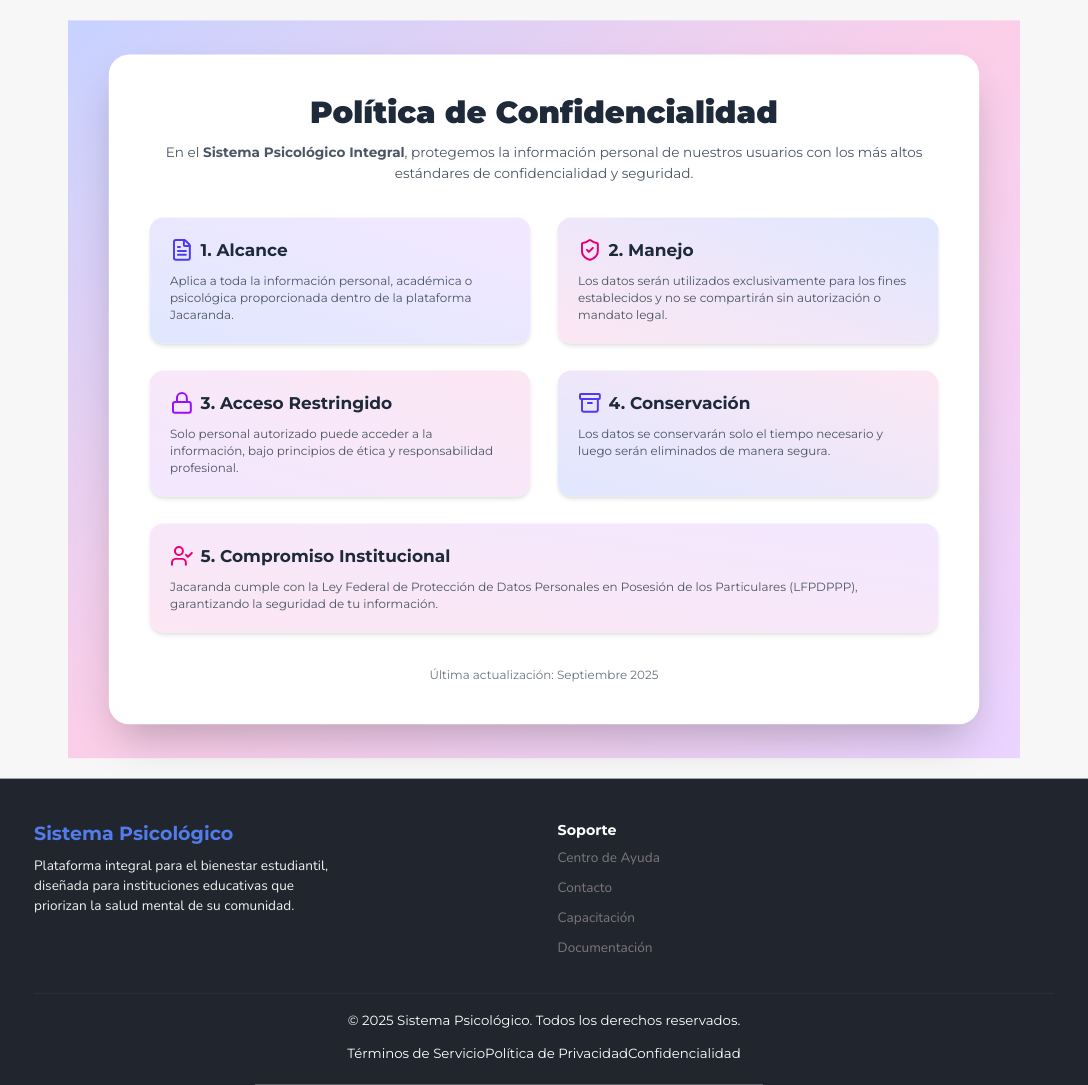
Repository: moon1710/SistemaPsico
Page: /confidencialidad (app in client/)
These files come from the project's save history. The page is drawn as it stood at one moment and after the next save; the edit follows.
The browser window is 1280 px wide. The pictures show the whole page, at 85% of full size.
The project was rebuilt for these pictures with package versions that can differ from the ones it lists, and the page was loaded fresh each time. Also part of the build but not shown: client/vite.config.js, client/src/components/onboarding/onboardingConfig.js, client/src/components/onboarding/TutorialSteps.jsx, client/src/components/onboarding/WelcomeForm.jsx, client/src/components/onboarding/OnboardingModal.jsx, client/src/components/layout/AdaptiveSidebar/sidebarConfig.jsx, client/src/components/layout/AdaptiveSidebar/MenuItem.jsx, client/src/components/layout/AdaptiveSidebar/SidebarHeader.jsx and 40 more.

Above is the page before, as saved 2025-09-22 15:32:39.

### client/index.html
<!doctype html>
<html lang="en">
  <head>
    <meta charset="UTF-8" />
    <link rel="icon" type="image/svg+xml" href="/idea.png" />
    <meta name="viewport" content="width=device-width, initial-scale=1.0" />
    <title>Sistema Psicológico</title>
  </head>
  <body>
    <div id="root"></div>
    <script type="module" src="/src/main.jsx"></script>
  </body>
</html>

### client/src/App.jsx
import React from "react";
import { Routes, Route } from "react-router-dom";
import { useAuth } from "./contexts/AuthContext";

// Importar el provider y componentes del onboarding
import { OnboardingProvider } from "./contexts/OnboardingContext";
import OnboardingModal from "./components/onboarding/OnboardingModal";

import Layout from "./components/layout/Layout";
import PublicLayout from "./components/layout/PublicLayout";

import ProtectedRoute, {
  PublicOnlyRoute,
  PsychologyStaffRoute,
} from "./components/auth/ProtectedRoute";

import LandingPage from "./pages/LandingPage";
import LoginPage from "./pages/LoginPage";
import DashboardPage from "./pages/DashboardPage";

//Paginas de Info
import AboutUsPage from "./pages/AboutUsPage";
import HelpPage from "./pages/HelpPage";
import DocsPage from "./pages/DocsPage";
import TerminosPage from "./pages/TerminosPage";
import PrivacidadPage from "./pages/PrivacidadPage";
import ConfidencialidadPage from "./pages/ConfidencialidadPage";

//QuizzesPages
import PublicQuizzesPage from "./pages/quizzes/PublicQuizzesPage";
import TakeQuizPage from "./pages/quizzes/TakeQuizPage";
import MyResultsPage from "./pages/quizzes/MyResultsPage";
import AdminResultsPage from "./pages/quizzes/AdminResultsPage";
import AnalyticsPage from "./pages/quizzes/AnalyticsPage";

//AppointmentPages
import BookAppointmentPage from "./pages/citas/BookAppointmentPage";
import AgendaPage from "./pages/citas/AgendaPage";
import AvailabilityPage from "./pages/citas/AvailabilityPage";
import AppointmentDetailPage from "./pages/citas/AppointmentDetailPage";
import AdminAppointmentsPage from "./pages/citas/AdminAppointmentsPage";

import { ROUTES } from "./utils/constants";
import "./App.css";

function App() {
  const { isLoading } = useAuth();

  if (isLoading) {
    return (
      <div className="min-h-screen flex items-center justify-center bg-gray-50">
        <div className="text-center">
          <div className="animate-spin rounded-full h-12 w-12 border-b-2 border-blue-600 mx-auto mb-4"></div>
          <p className="text-gray-600">Cargando aplicación...</p>
        </div>
      </div>
    );
  }

  return (
    <OnboardingProvider>
      {/* Modal de Onboarding - Se mostrará automáticamente cuando sea la primera vez */}
      <OnboardingModal />
      <Routes>
      {/* Públicas solo para NO autenticados */}
      <Route
        path="/"
        element={
          <PublicOnlyRoute>
            <LandingPage />
          </PublicOnlyRoute>
        }
      />
      <Route
        path={ROUTES.LOGIN}
        element={
          <PublicOnlyRoute>
            <LoginPage />
          </PublicOnlyRoute>
        }
      />

      {/* Públicas ABIERTAS */}
      <Route
        path={ROUTES.ABOUTUS}
        element={
          <PublicLayout>
            <AboutUsPage />
          </PublicLayout>
        }
      />
      <Route
        path={ROUTES.HELP}
        element={
          <PublicLayout>
            <HelpPage />
          </PublicLayout>
        }
      />
      <Route
        path={ROUTES.TERMINOS}
        element={
          <PublicLayout>
            <TerminosPage />
          </PublicLayout>
        }
      />
      <Route
        path={ROUTES.PRIVACIDAD}
        element={
          <PublicLayout>
            <PrivacidadPage />
          </PublicLayout>
        }
      />
      <Route
        path={ROUTES.DOCUMENTACION}
        element={
          <PublicLayout>
            <DocsPage />
          </PublicLayout>
        }
      />
      <Route
        path={ROUTES.CONFINDENCIALIDAD}
        element={
          <PublicLayout>
            <ConfidencialidadPage />
          </PublicLayout>
        }
      />
      {/* Alias opcional correcto */}
      <Route
        path={ROUTES.CONFIDENCIALIDAD_ALIAS}
        element={
          <PublicLayout>
            <ConfidencialidadPage />
          </PublicLayout>
        }
      />

      {/* Quizzes (protegidas) */}
      <Route
        path={ROUTES.QUIZ_CONTESTAR}
        element={
          <ProtectedRoute>
            <Layout>
              <PublicQuizzesPage />
            </Layout>
          </ProtectedRoute>
        }
      />
      <Route
        path={ROUTES.QUIZ_CONTESTAR_DETALLE}
        element={
          <ProtectedRoute>
            <Layout>
              <TakeQuizPage />
            </Layout>
          </ProtectedRoute>
        }
      />
      <Route
        path={ROUTES.MIS_RESULTADOS}
        element={
          <ProtectedRoute>
            <Layout>
              <MyResultsPage />
            </Layout>
          </ProtectedRoute>
        }
      />
      <Route
        path={ROUTES.QUIZ_RESULTADOS_ADMIN}
        element={
          <ProtectedRoute requiredRoles={['PSICOLOGO', 'ORIENTADOR', 'ADMIN_INSTITUCION', 'SUPER_ADMIN_INSTITUCION', 'SUPER_ADMIN_NACIONAL']}>
            <Layout>
              <AdminResultsPage />
            </Layout>
          </ProtectedRoute>
        }
      />
      <Route
        path={ROUTES.QUIZ_ANALYTICS_ADMIN}
        element={
          <ProtectedRoute requiredRoles={['PSICOLOGO', 'ORIENTADOR', 'ADMIN_INSTITUCION', 'SUPER_ADMIN_INSTITUCION', 'SUPER_ADMIN_NACIONAL']}>
            <Layout>
              <AnalyticsPage />
            </Layout>
          </ProtectedRoute>
        }
      />

      {/* Appointment Routes */}
      {/* Student - Book Appointment */}
      <Route
        path={ROUTES.AGENDAR_CITA}
        element={
          <ProtectedRoute requiredRoles={['ESTUDIANTE']}>
            <Layout>
              <BookAppointmentPage />
            </Layout>
          </ProtectedRoute>
        }
      />

      {/* Appointment Detail - Accessible by students and psychologists */}
      <Route
        path={ROUTES.CITA_DETALLE}
        element={
          <ProtectedRoute requiredRoles={['ESTUDIANTE', 'PSICOLOGO']}>
            <Layout>
              <AppointmentDetailPage />
            </Layout>
          </ProtectedRoute>
        }
      />

      {/* Psychologist - Agenda */}
      <Route
        path={ROUTES.AGENDA}
        element={
          <ProtectedRoute requiredRoles={['PSICOLOGO']}>
            <Layout>
              <AgendaPage />
            </Layout>
          </ProtectedRoute>
        }
      />

      {/* Psychologist - Availability Configuration */}
      <Route
        path={ROUTES.DISPONIBILIDAD}
        element={
          <ProtectedRoute requiredRoles={['PSICOLOGO']}>
            <Layout>
              <AvailabilityPage />
            </Layout>
          </ProtectedRoute>
        }
      />

      {/* Admin - Appointments Management */}
      <Route
        path={ROUTES.CITAS_ADMIN}
        element={
          <ProtectedRoute requiredRoles={['ADMIN_INSTITUCION', 'SUPER_ADMIN_INSTITUCION', 'SUPER_ADMIN_NACIONAL']}>
            <Layout>
              <AdminAppointmentsPage />
            </Layout>
          </ProtectedRoute>
        }
      />

      {/* Protegidas */}
      <Route
        path={ROUTES.DASHBOARD}
        element={
          <ProtectedRoute>
            <Layout>
              <DashboardPage />
            </Layout>
          </ProtectedRoute>
        }
      />
      </Routes>
    </OnboardingProvider>
  );
}

export default App;

### client/src/contexts/OnboardingContext.jsx
// client/src/contexts/OnboardingContext.jsx
import React, { createContext, useContext, useState, useEffect } from "react";
import { useAuth } from "./AuthContext";

const OnboardingContext = createContext();

export const useOnboarding = () => {
  const context = useContext(OnboardingContext);
  if (!context) {
    throw new Error("useOnboarding debe usarse dentro de OnboardingProvider");
  }
  return context;
};

export const OnboardingProvider = ({ children }) => {
  const { user, setUser } = useAuth();
  const [isFirstTime, setIsFirstTime] = useState(false);
  const [showOnboarding, setShowOnboarding] = useState(false);
  const [currentStep, setCurrentStep] = useState(0);
  const [onboardingCompleted, setOnboardingCompleted] = useState(false);

  // Clave para localStorage basada en el usuario
  const getStorageKey = () => {
    return user?.id ? `onboarding_completed_${user.id}` : null;
  };

  // Verificar si es primera vez del usuario
  useEffect(() => {
    if (user?.id) {
      // PRIORIDAD TOTAL al campo perfilCompletado de la BD
      const profileCompleted = user.perfilCompletado === 1 || user.perfilCompletado === true;

      console.log('🔍 [OnboardingContext] Verificando estado:', {
        userId: user.id,
        perfilCompletado: user.perfilCompletado,
        profileCompleted,
        shouldShowModal: !profileCompleted
      });

      if (!profileCompleted) {
        // Perfil NO completado -> mostrar modal
        setIsFirstTime(true);
        setShowOnboarding(true);
        setOnboardingCompleted(false);
        console.log('📝 [OnboardingContext] Mostrando modal de onboarding');
      } else {
        // Perfil completado -> no mostrar modal
        setIsFirstTime(false);
        setShowOnboarding(false);
        setOnboardingCompleted(true);
        console.log('✅ [OnboardingContext] Perfil ya completado, ocultando modal');
      }
    }
  }, [user?.id, user?.perfilCompletado]);

  // Refrescar datos del usuario desde el servidor
  const refreshUserProfile = async () => {
    try {
      const token = localStorage.getItem('auth_token');
      if (!token) return;

      const response = await fetch('/api/auth/profile', {
        method: 'GET',
        headers: {
          'Authorization': `Bearer ${token}`,
          'Content-Type': 'application/json',
        },
        credentials: 'include',
      });

      if (response.ok) {
        const result = await response.json();
        if (result.success && result.data?.user) {
          const freshUser = result.data.user;
          setUser(freshUser);
          console.log('🔄 [OnboardingContext] Usuario refrescado desde servidor:', freshUser);

          // También actualizar localStorage
          localStorage.setItem('user_data', JSON.stringify(freshUser));
          return freshUser;
        }
      }
    } catch (error) {
      console.error('❌ [OnboardingContext] Error refrescando usuario:', error);
    }
    return null;
  };

  // Marcar onboarding como completado
  const completeOnboarding = async () => {
    if (user?.id) {
      const storageKey = getStorageKey();
      localStorage.setItem(storageKey, "true");
      setOnboardingCompleted(true);
      setShowOnboarding(false);
      setIsFirstTime(false);

      // IMPORTANTE: Obtener datos frescos del servidor en lugar de solo actualizar localmente
      console.log('🔄 [OnboardingContext] Refrescando datos del usuario desde servidor...');
      const freshUser = await refreshUserProfile();

      if (freshUser) {
        console.log('✅ [OnboardingContext] Usuario actualizado con datos frescos');
      } else {
        // Fallback: actualizar localmente si falla la petición
        const updatedUser = {
          ...user,
          perfilCompletado: 1
        };
        setUser(updatedUser);
        console.log('⚠️ [OnboardingContext] Fallback: Usuario actualizado localmente');
      }
    }
  };

  // Reiniciar onboarding (para testing o reactivar)
  const resetOnboarding = () => {
    if (user?.id) {
      const storageKey = getStorageKey();
      localStorage.removeItem(storageKey);
      setOnboardingCompleted(false);
      setIsFirstTime(true);
      setShowOnboarding(true);
      setCurrentStep(0);
    }
  };

  // Navegar entre pasos
  const nextStep = () => {
    setCurrentStep((prev) => prev + 1);
  };

  const prevStep = () => {
    setCurrentStep((prev) => Math.max(0, prev - 1));
  };

  const goToStep = (step) => {
    setCurrentStep(step);
  };

  // Cerrar onboarding sin completar
  const closeOnboarding = () => {
    setShowOnboarding(false);
  };

  const value = {
    isFirstTime,
    showOnboarding,
    currentStep,
    onboardingCompleted,
    completeOnboarding,
    resetOnboarding,
    nextStep,
    prevStep,
    goToStep,
    closeOnboarding,
    user,
  };

  return (
    <OnboardingContext.Provider value={value}>
      {children}
    </OnboardingContext.Provider>
  );
};

### client/src/components/layout/PublicLayout.jsx
// components/layout/PublicLayout.jsx
import Footer from "./Footer";

export default function PublicLayout({ children }) {
  return (
    <div className="min-h-screen bg-[#f7f7f7] text-[#1d1d1f]">
      <main className="max-w-6xl mx-auto px-4 py-6">{children}</main>
      <Footer />
    </div>
  );
}

### client/src/pages/ConfidencialidadPage.jsx
// src/pages/ConfidencialidadPage.jsx
import { ShieldCheck, Lock, FileText, UserCheck, Archive } from "lucide-react";

export default function ConfidencialidadPage() {
  return (
    <div className="min-h-screen w-full bg-gradient-to-br from-indigo-200 via-pink-200 to-purple-200 p-10">
      <div className="max-w-5xl mx-auto bg-white shadow-2xl rounded-3xl p-12">
        <h1 className="text-4xl font-extrabold text-center text-gray-800 mb-4">
          Política de Confidencialidad
        </h1>
        <p className="text-center text-gray-600 mb-10">
          En el <strong>Sistema Psicológico Integral</strong>, protegemos la información personal de nuestros usuarios con los más altos estándares de confidencialidad y seguridad.
        </p>

        {/* Grid de secciones */}
        <div className="grid grid-cols-1 md:grid-cols-2 gap-8">
          {/* Alcance */}
          <div className="bg-gradient-to-tr from-indigo-100 to-purple-100 p-6 rounded-2xl shadow-md">
            <div className="flex items-center mb-3">
              <FileText className="text-indigo-600 w-7 h-7 mr-2" />
              <h2 className="text-xl font-semibold text-gray-800">1. Alcance</h2>
            </div>
            <p className="text-gray-600 text-sm">
              Aplica a toda la información personal, académica o psicológica proporcionada dentro de la plataforma Jacaranda.
            </p>
          </div>

          {/* Manejo */}
          <div className="bg-gradient-to-tr from-pink-100 to-indigo-100 p-6 rounded-2xl shadow-md">
            <div className="flex items-center mb-3">
              <ShieldCheck className="text-pink-600 w-7 h-7 mr-2" />
              <h2 className="text-xl font-semibold text-gray-800">2. Manejo</h2>
            </div>
            <p className="text-gray-600 text-sm">
              Los datos serán utilizados exclusivamente para los fines establecidos y no se compartirán sin autorización o mandato legal.
            </p>
          </div>

          {/* Acceso */}
          <div className="bg-gradient-to-tr from-purple-100 to-pink-100 p-6 rounded-2xl shadow-md">
            <div className="flex items-center mb-3">
              <Lock className="text-purple-600 w-7 h-7 mr-2" />
              <h2 className="text-xl font-semibold text-gray-800">3. Acceso Restringido</h2>
            </div>
            <p className="text-gray-600 text-sm">
              Solo personal autorizado puede acceder a la información, bajo principios de ética y responsabilidad profesional.
            </p>
          </div>

          {/* Conservación */}
          <div className="bg-gradient-to-tr from-indigo-100 to-pink-100 p-6 rounded-2xl shadow-md">
            <div className="flex items-center mb-3">
              <Archive className="text-indigo-600 w-7 h-7 mr-2" />
              <h2 className="text-xl font-semibold text-gray-800">4. Conservación</h2>
            </div>
            <p className="text-gray-600 text-sm">
              Los datos se conservarán solo el tiempo necesario y luego serán eliminados de manera segura.
            </p>
          </div>

          {/* Compromiso */}
          <div className="bg-gradient-to-tr from-pink-100 to-purple-100 p-6 rounded-2xl shadow-md md:col-span-2">
            <div className="flex items-center mb-3">
              <UserCheck className="text-pink-600 w-7 h-7 mr-2" />
              <h2 className="text-xl font-semibold text-gray-800">5. Compromiso Institucional</h2>
            </div>
            <p className="text-gray-600 text-sm">
              Jacaranda cumple con la Ley Federal de Protección de Datos Personales en Posesión de los Particulares (LFPDPPP), garantizando la seguridad de tu información.
            </p>
          </div>
        </div>

        {/* Footer */}
        <p className="text-gray-500 text-center text-sm mt-10">
          Última actualización: Septiembre 2025
        </p>
      </div>
    </div>
  );
}

### client/src/components/layout/Footer.jsx
import { Link } from "react-router-dom";
import { ROUTES } from "../../utils/constants";

export default function Footer() {
  return (
    <footer className="footer">
      <div className="footer-inner">
        <div className="footer-main">
          <div>
            <h3 className="footer-title">Sistema Psicológico</h3>
            <p className="footer-desc">
              Plataforma integral para el bienestar estudiantil, diseñada para
              instituciones educativas que priorizan la salud mental de su
              comunidad.
            </p>
          </div>

          <div>
            <h4
              className="footer-title"
              style={{ color: "#fff", fontWeight: 600, fontSize: "1.05rem" }}
            >
              Soporte
            </h4>
            <ul className="footer-links">
              <li>
                <Link to={ROUTES.HELP}>Centro de Ayuda</Link>
              </li>
              <li>
                <Link to={ROUTES.ABOUTUS}>Contacto</Link>
              </li>
              <li>
                <Link to={ROUTES.DOCUMENTACION}>Capacitación</Link>
              </li>
              <li>
                <Link to={ROUTES.DOCUMENTACION}>Documentación</Link>
              </li>
            </ul>
          </div>
        </div>

        <div className="footer-bottom">
          <p>
            © {new Date().getFullYear()} Sistema Psicológico. Todos los derechos
            reservados.
          </p>
          <div className="footer-bottom-links">
            <Link to={ROUTES.TERMINOS}>Términos de Servicio</Link>
            <Link to={ROUTES.PRIVACIDAD}>Política de Privacidad</Link>
            <Link to={ROUTES.CONFINDENCIALIDAD}>Confidencialidad</Link>
          </div>
        </div>
      </div>
    </footer>
  );
}

Loaded but not shown: client/src/main.jsx (common file); client/src/App.css (common file); client/src/utils/constants.js (213 lines, source omitted); client/src/services/authService.js (219 lines, source omitted); client/src/utils/roles.js (38 lines, source omitted); client/src/index.css (441 lines, source omitted); client/src/contexts/AuthContext.jsx (292 lines, source omitted)

After the next save:
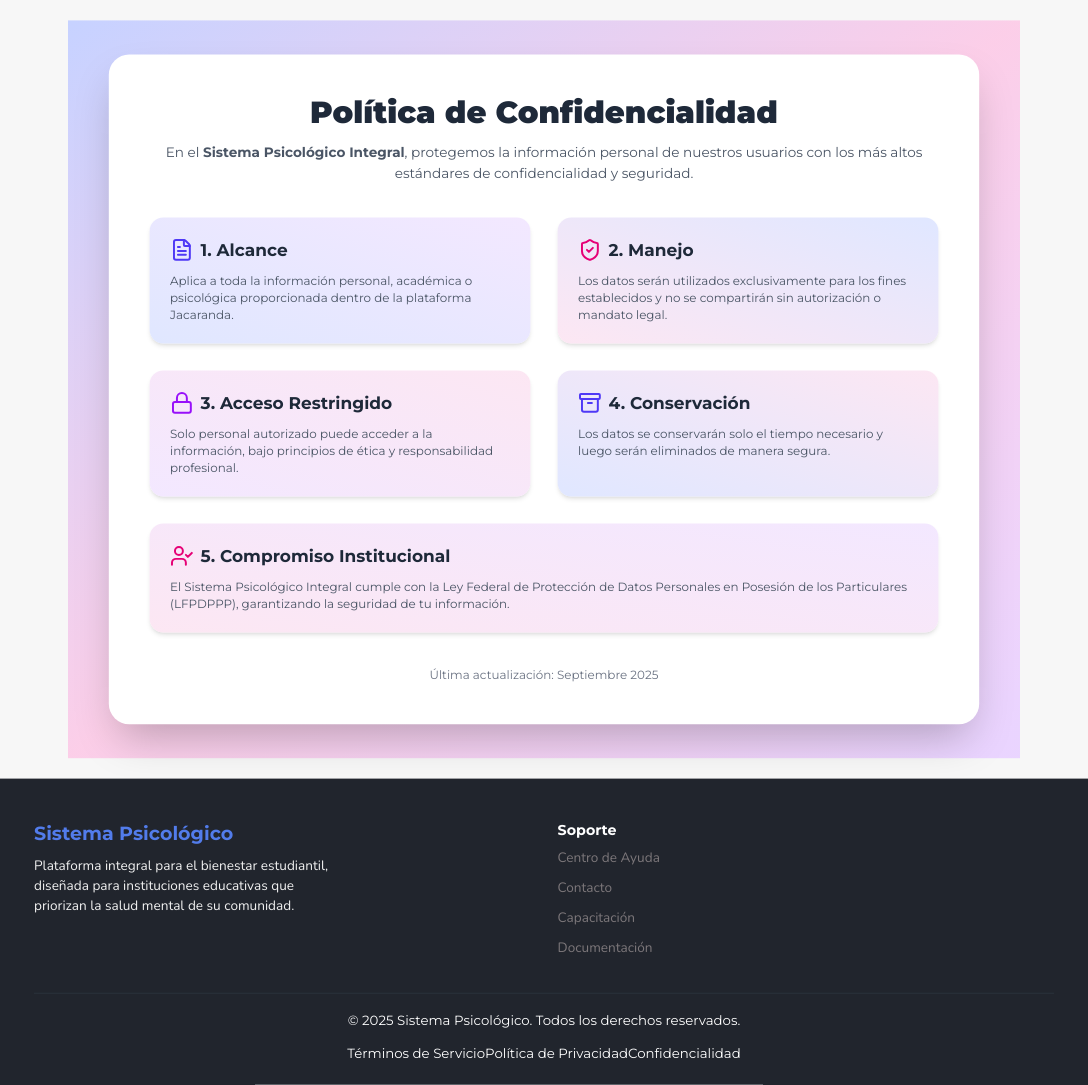
Saved 29 s later.
--- a/client/src/pages/ConfidencialidadPage.jsx
+++ b/client/src/pages/ConfidencialidadPage.jsx
@@ -65,7 +65,7 @@ export default function ConfidencialidadPage() {
               <h2 className="text-xl font-semibold text-gray-800">5. Compromiso Institucional</h2>
             </div>
             <p className="text-gray-600 text-sm">
-              Jacaranda cumple con la Ley Federal de Protección de Datos Personales en Posesión de los Particulares (LFPDPPP), garantizando la seguridad de tu información.
+              El Sistema Psicológico Integral cumple con la Ley Federal de Protección de Datos Personales en Posesión de los Particulares (LFPDPPP), garantizando la seguridad de tu información.
             </p>
           </div>
         </div>
